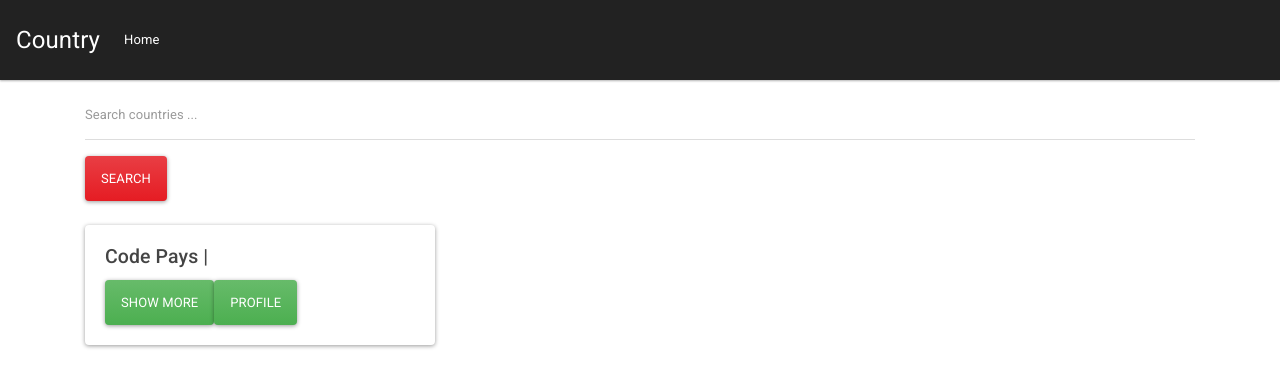
Repository: abdelhak-f/Countries_React
Page: / (app in client/)
These files come from the project's save history. The page is drawn as it stood at one moment and after the next save; the edit follows.
The browser window is 1280 px wide. The pictures show the whole page.
The page's requests for data from a server got no answer. The project was rebuilt for these pictures with package versions that can differ from the ones it lists, and the page was loaded fresh each time. No one was signed in, and anything a server would have sent is missing.

Above is the page before, as saved 2021-05-07 10:47:04.

### client/src/App.js
import  React from 'react';
import './App.css';
import Countries from  './components/Countries';
import  Navbar from './components/partials/Navbar';

function App() {
  return (
    <div className="App">
      <Navbar />
      <div className="container">
             <Countries />
      </div>

    </div>
  );
}

export default App;

### client/src/components/Countries.jsx
import React, { Component } from 'react';
import  Country  from  './countrys/Country';
import SearchCountry from './countrys/SearchCountry';
import axios from 'axios';

class Countries extends Component {

    constructor(props) {
        super(props)

        this.state = {
             countries: [
                 {

                 }
             ]
        }
    }
    getCountry = () => {
        axios.get(`https://restcountries.eu/rest/v2/all`)
                       .then(response => {
                           this.setState({
                            countries: response.data
                           })
                       })
    }
    componentDidMount() {
        this.getCountry();
    }
    searchCountryFromGet =(data) => {
         if(data != ''){
              axios.get(`https://restcountries.eu/rest/v2/name/{name}{data}`)
              .then(response => {
                  console.log(response)
              })
         }
    }

  render() {
    return (
      <div>
          <div className="row   my-2">
              <div className="col-md-12">
       <SearchCountry getCountrySearch={this.searchCountryFromGet } />
              </div>
          </div>
          <div className="row">
        {this.state.countries.map (country => (
            <div className="col-md-4 mt-3 key={name.id}">
              <Country  country={country} />
               </div>
        ))}
        </div>
      </div>
    )
  }
}

export default Countries

### client/src/components/partials/Navbar.jsx
import React from 'react';

export default function Navbar() {
  return (
    <>
    <nav className="navbar navbar-expand-sm navbar-dark bg-dark">
        <a className="navbar-brand" href="#">Country</a>
        <button className="navbar-toggler d-lg-none" type="button" data-toggle="collapse" data-target="#collapsibleNavId" aria-controls="collapsibleNavId"
            aria-expanded="false" aria-label="Toggle navigation">
            <span className="navbar-toggler-icon"></span>
        </button>
        <div className="collapse navbar-collapse" id="collapsibleNavId">
            <ul className="navbar-nav mr-auto mt-2 mt-lg-0">
                <li className="nav-item active">
                    <a className="nav-link" href="#">Home <span className="sr-only">(current)</span></a>
                </li>
            </ul>

        </div>
    </nav>
    </>
  );
}

### client/src/components/countrys/Country.jsx
import React, { Component } from 'react'

class Country extends Component {
  render() {
    return (
      <>
         <div className="card">
                   <img className="card-img-top" src= {this.props.country.flag}  alt="" />
                   <div className="card-body">
                   <h4 className="card-title"> <span className="color-red">Code Pays</span> {this.props.country.alpha2Code} | {this.props.country.alpha3Code}</h4>
                       <p className="card-text">
                           <a href= {this.props.country.code} className="btn btn-success ">show more</a>
                           <a href={this.props.country.regionalBlocs} className="btn btn-success ">profile</a>
                       </p>
                   </div>
                   </div>
      </>
    )
  }
}

export default Country

### client/src/components/countrys/SearchCountry.jsx
import React, { Component } from 'react'

class SearchCountry extends Component {
    state = {
        search : ''
    }
    handleForm = (e) => {
        this.setState({
            search:e.target.value
        })
    }

    searchCountries= (e) => {
        e.preventDefault();
        this.props.getCountrySearch(this.state.search)
    }
  render() {
      const {search} = this.state;
    return (

        <form onSubmit={this.searchCountries}>
            <div className="form-group ">
                <input onChange={this.handleForm} value={search} placeholder='Search countries ...' id="search" type="text" className="form-control"/>
                </div>
                {/* {search} */}
                <button className="btn btn-danger">Search</button>
        </form>

    )
  }
}

export default SearchCountry

Loaded but not shown: client/public/index.html (common file); client/src/index.js (common file); client/src/App.css (library)

After the next save:
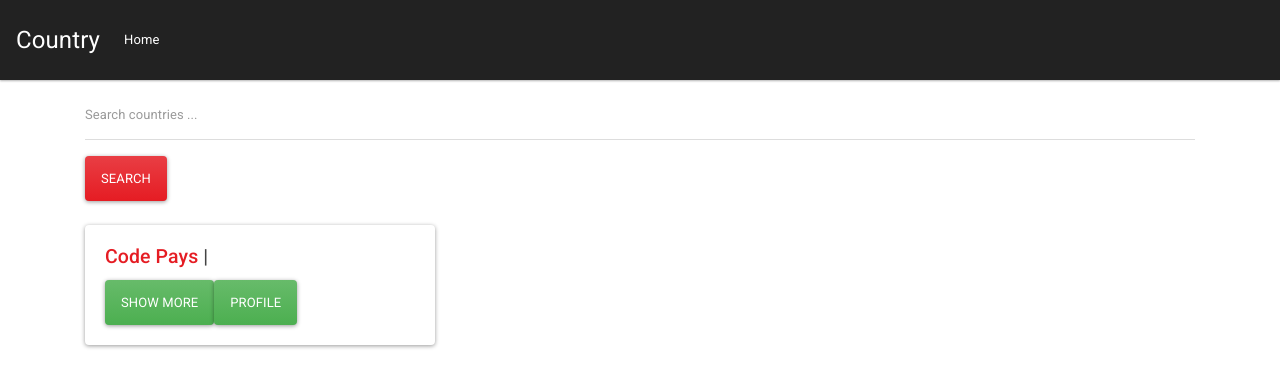
Saved 74 s later.
--- a/client/src/components/countrys/Country.jsx
+++ b/client/src/components/countrys/Country.jsx
@@ -7,7 +7,7 @@ class Country extends Component {
          <div className="card">
                    <img className="card-img-top" src= {this.props.country.flag}  alt="" />
                    <div className="card-body">
-                   <h4 className="card-title"> <span className="color-red">Code Pays</span> {this.props.country.alpha2Code} | {this.props.country.alpha3Code}</h4>
+                   <h4 className="card-title"> <span className="text-danger">Code Pays</span> {this.props.country.alpha2Code} | {this.props.country.alpha3Code}</h4>
                        <p className="card-text">
                            <a href= {this.props.country.code} className="btn btn-success ">show more</a>
                            <a href={this.props.country.regionalBlocs} className="btn btn-success ">profile</a>
